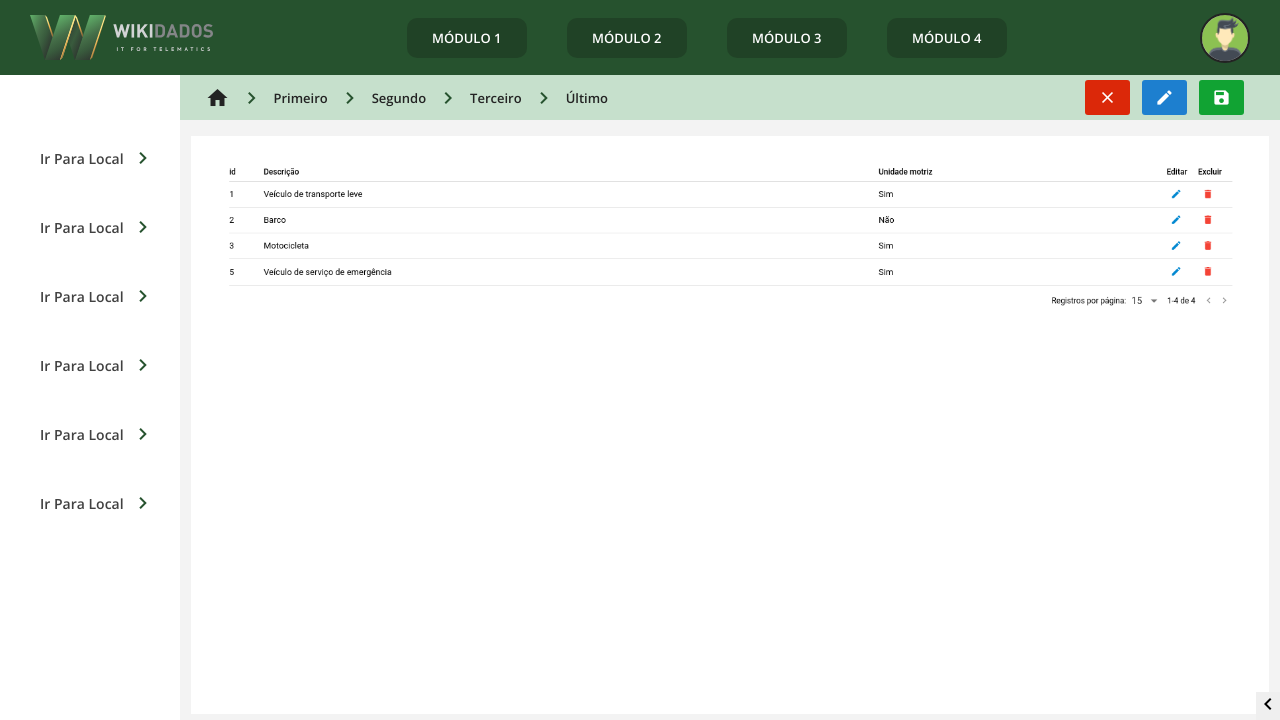
Repository: AlexDjon/alexdjon.github.io
Page: wiki-relayout/index.html
An editor plug-in stored every save of this project. The page is shown before and after the next save, followed by the edit.
The browser window is 1280 px wide. The pictures show the whole page.

Above is the page before, as saved 2020-08-12 16:36:17.

After the next save:
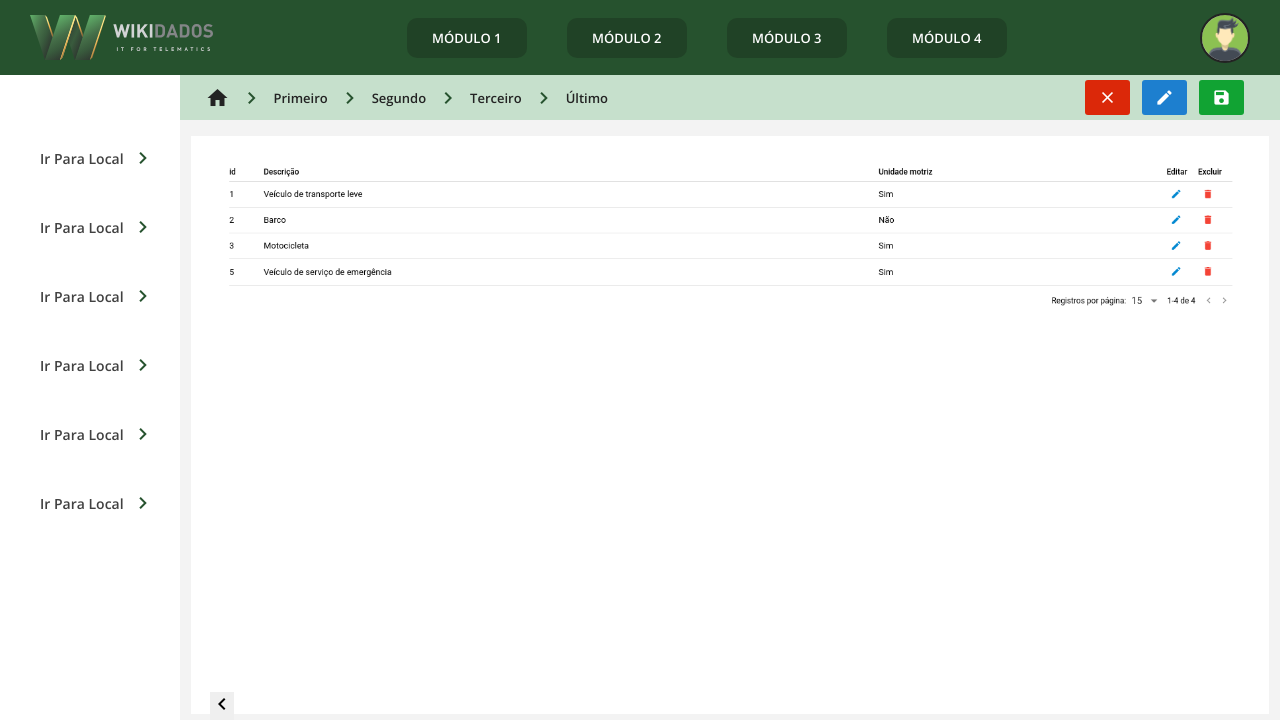
Saved 16 s later.
--- a/wiki-relayout/css/styles.css
+++ b/wiki-relayout/css/styles.css
@@ -152,7 +152,7 @@ body {
 .navbar .close {
   position: absolute;
   bottom: 0;
-  right: 0;
+  left: 210px;
 }
 
 
